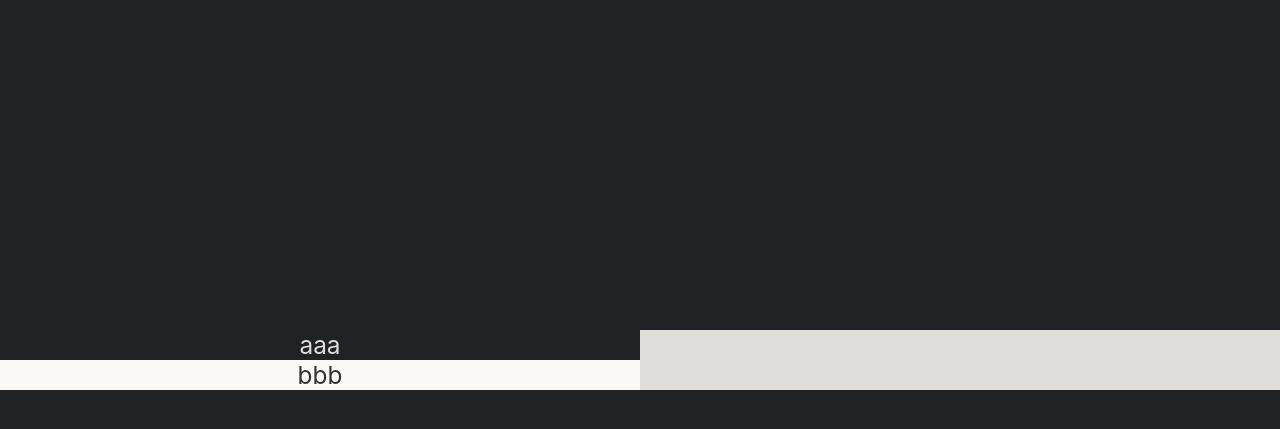
Repository: GuinsooRocky/-Technology-sharing-rocky
Page: /
An editor plug-in stored every save of this project. The page is shown before and after the next save, followed by the edit.
The browser window is 1280 px wide. The pictures show the whole page.
The project was rebuilt for these pictures with package versions that can differ from the ones it lists, and the page was loaded fresh each time.

Above is the page before, as saved 2020-09-19 15:42:52.

### src/App.js
import React from 'react';
import './App.less';
import { BrowserRouter, Route } from 'react-router-dom';

import Home from './pages/home/home.tsx'

function App() {
  return (
    <div className="App">
      <BrowserRouter>
        <header className="App-header">
          <Route path='/' exact component={Home} />
        </header>
      </BrowserRouter>
    </div>
  );
}

export default App;

### src/App.less
.App {
  text-align: center;
  min-height: 100vh;
}


.App-header {
  background-color: #202226;;
  min-height: 100vh;
  display: flex;
  flex-direction: column;
  align-items: center;
  justify-content: center;
  font-size: calc(10px + 2vmin);
  color: white;
}

.App-link {
  color: #61dafb;
}

### src/pages/home/home.tsx
import React from 'react';
import './home.less';

interface Props {}
const Home: React.FC<Props> = ({}) => {

  return (
    <div className='home'>
      <aside className='left'>aaa</aside>
      <div className='right'>bbb</div>
    </div>
  )

}

export default Home;

### src/pages/home/home.less

.home {
  width: 100%;
  height: 100%;
  background: #DFDDD9;
  .left {
    width: 50%;
    background-color: #202226;
    color: #DFDDD9;
  }

  .right {
    width: 50%;
    background-color: #FAF9F5;
    color: rgb(51,51,51);
  }
}

Loaded but not shown: public/index.html (common file); src/index.js (common file); src/index.css (common file); src/serviceWorker.js (common file)

After the next save:
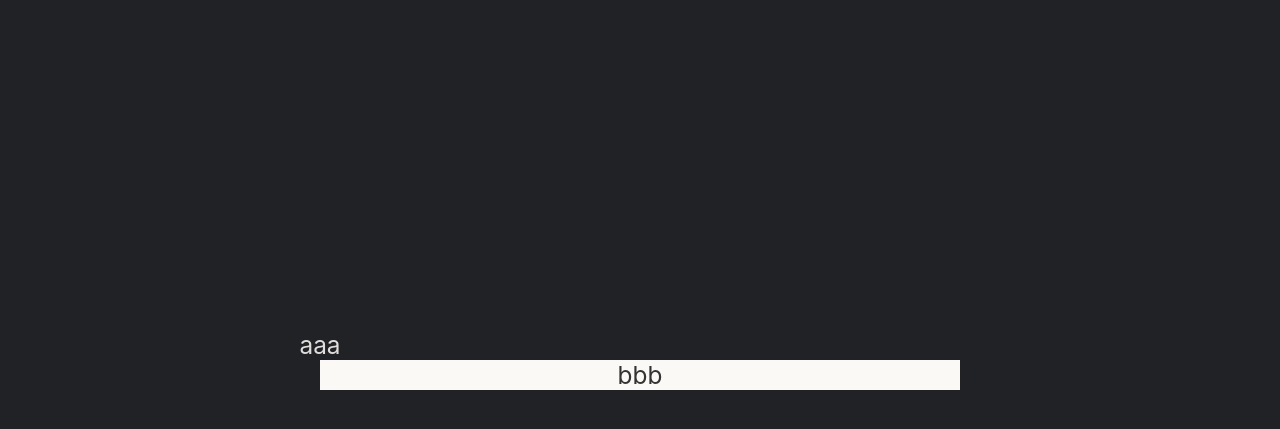
Saved 9 min 33 s later.
--- a/src/pages/home/home.less
+++ b/src/pages/home/home.less
@@ -2,7 +2,6 @@
 .home {
   width: 100%;
   height: 100%;
-  background: #DFDDD9;
   .left {
     width: 50%;
     background-color: #202226;
@@ -10,6 +9,7 @@
   }
 
   .right {
+    display: inline-block;
     width: 50%;
     background-color: #FAF9F5;
     color: rgb(51,51,51);
